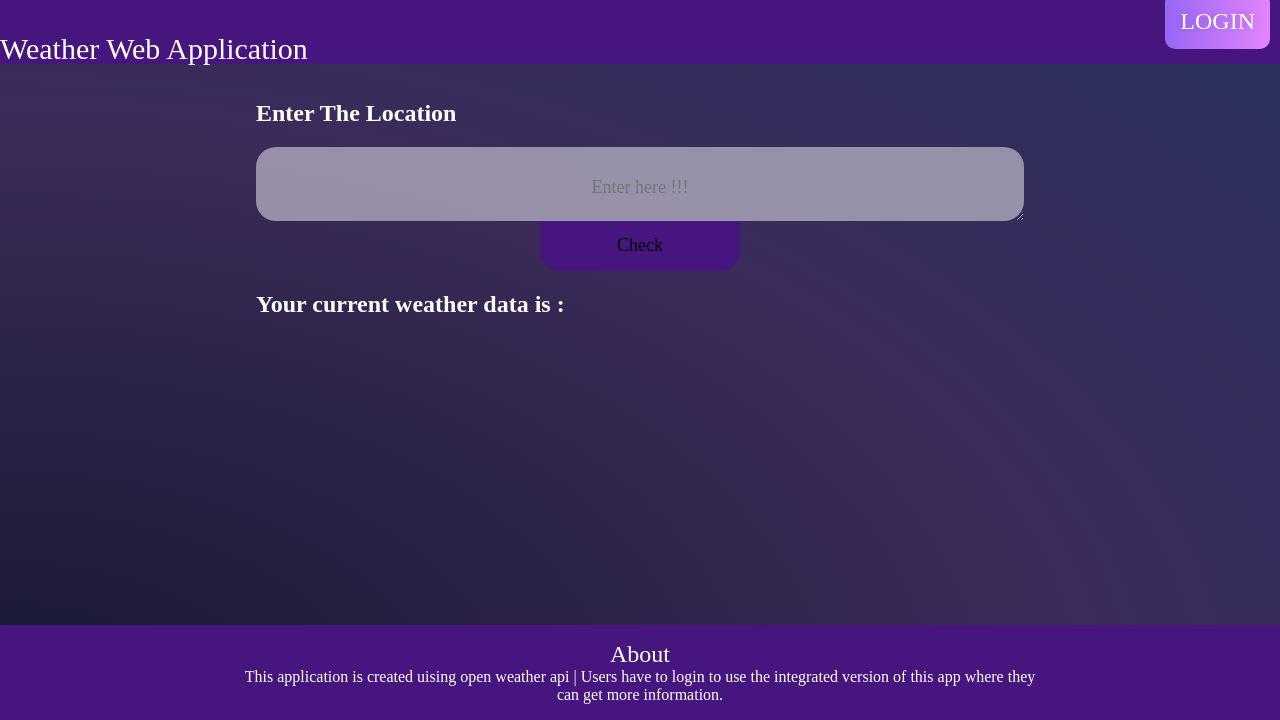
Repository: Irfan-vit/openapi
Page: index.html
An editor plug-in stored every save of this project. The page is shown before and after the next save, followed by the edit.
The browser window is 1280 px wide. The pictures show the whole page.

Above is the page before, as saved 2021-05-29 00:09:12.

After the next save:
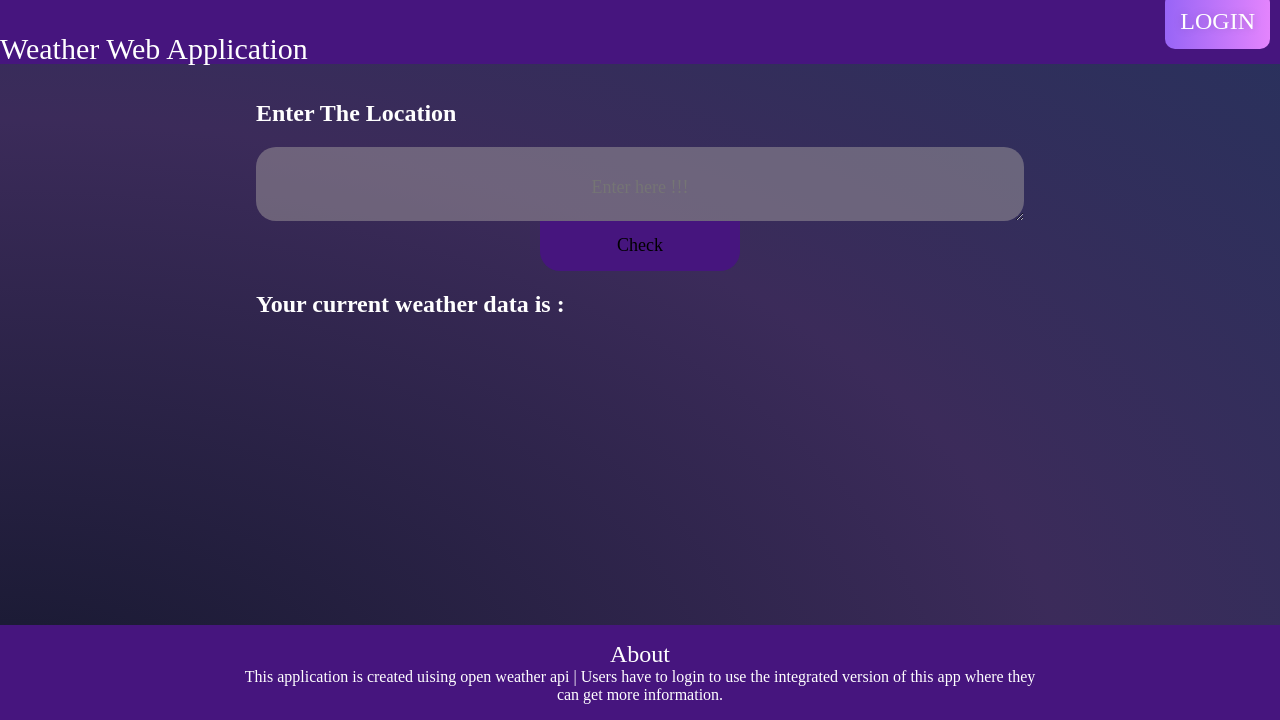
Saved 21 s later.
--- a/style.css
+++ b/style.css
@@ -45,7 +45,7 @@
     min-height: 5vh;
     font-size: large;
     font-family: inherit;
-    background-color: #ffffff7a;
+    background-color: #a7a1a17a;
     border:none;
     border-radius:20px;
     text-align: center;

After the save that followed:
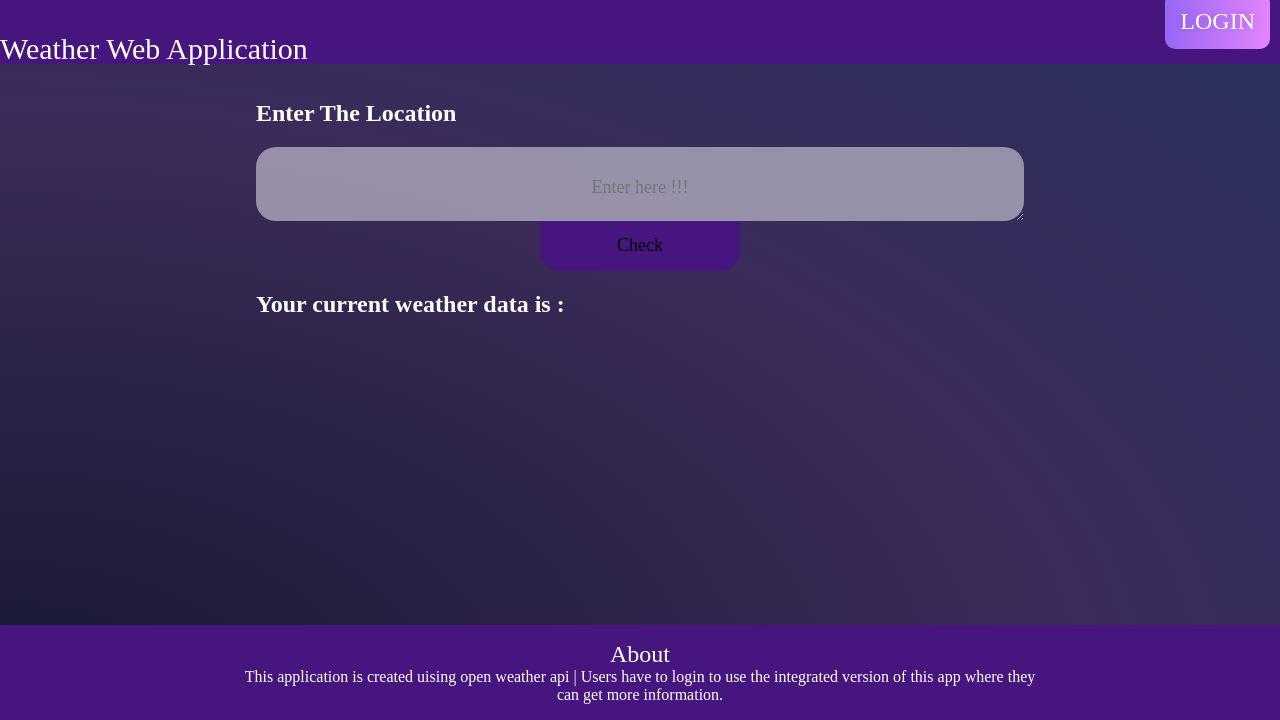
Saved 10 s later.
--- a/style.css
+++ b/style.css
@@ -45,7 +45,7 @@
     min-height: 5vh;
     font-size: large;
     font-family: inherit;
-    background-color: #a7a1a17a;
+    background-color: #ffffff7a;
     border:none;
     border-radius:20px;
     text-align: center;
